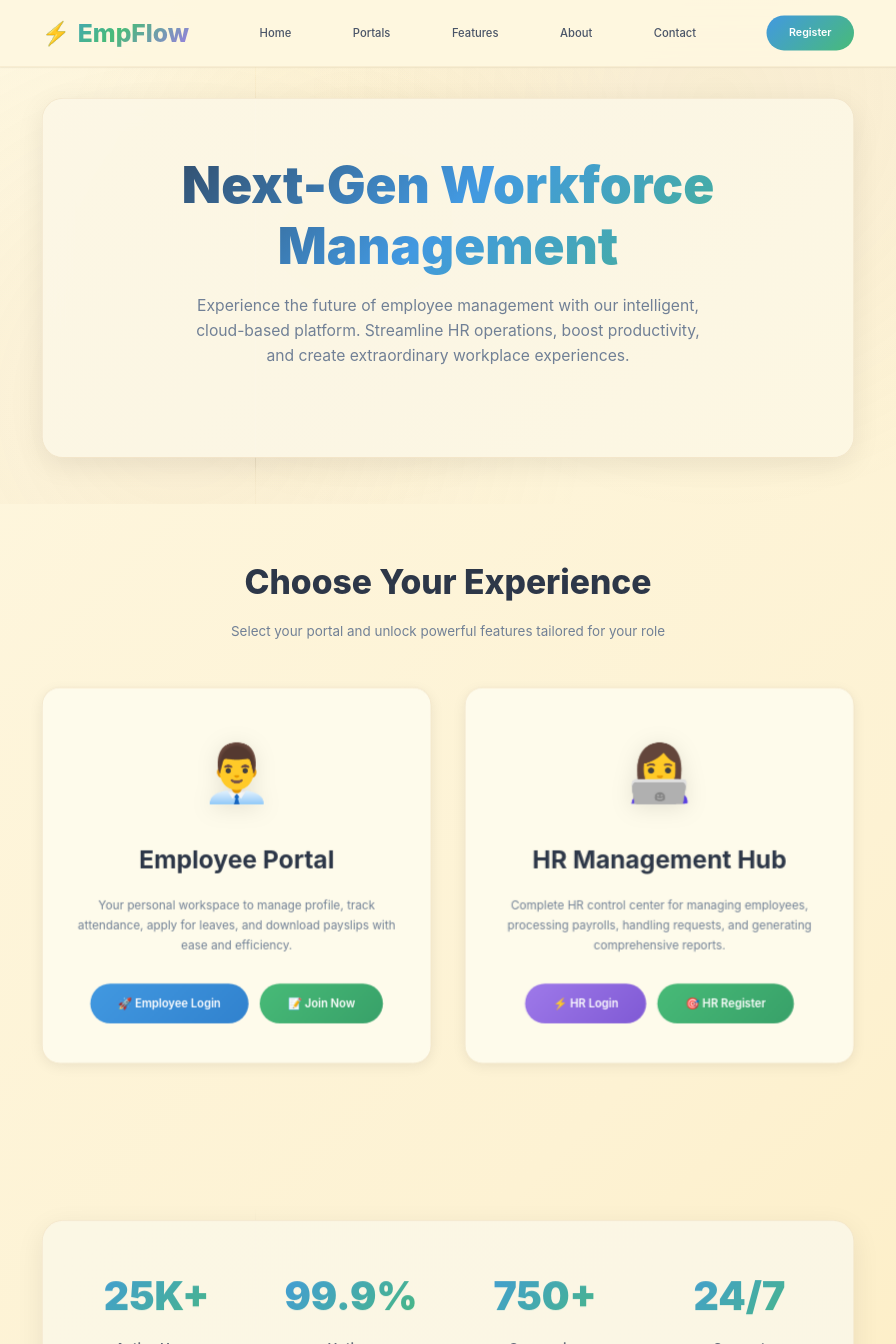
Repository: Shwetannarkhede/EmployeeHub
Page: EmployeeManagemntSystem/src/main/webapp/Home.html
These files come from the project's save history. The page is drawn as it stood at one moment and after the next save; the edit follows.
The browser window is 1280 px wide. The pictures show the part of the page from y = 0 to 1920 px (the page is 3602 px tall), at 70% of full size.

Above is the page before, as saved 2025-09-20 15:00:30.

### EmployeeManagemntSystem/src/main/webapp/Home.html
<!DOCTYPE html>
<html lang="en">
<head>
    <meta charset="UTF-8">
    <meta name="viewport" content="width=device-width, initial-scale=1.0">
    <title>EmpFlow - Modern Employee Management</title>
    <link rel="stylesheet" href="home.css">
</head>
<body>
    <header>
        <nav class="container">
            <a href="#" class="logo">EmpFlow</a>
            <ul class="nav-links">
                <li><a href="#home">Home</a></li>
                <li><a href="#portals">Portals</a></li>
                <li><a href="#features">Features</a></li>
                <li><a href="#about">About</a></li>
                <li><a href="#contact">Contact</a></li>
            </ul>
            <div class="auth-buttons">
                <!-- <a href="#login" class="btn-nav btn-login">Login</a>-->
                <a href="#register" class="btn-nav btn-register">Register</a>
            </div>
            <button class="mobile-menu">☰</button>
        </nav>
    </header>

    <main class="container">
        <section class="hero" id="home">
            <h1>Next-Gen Workforce Management</h1>
            <p class="hero-subtitle">Experience the future of employee management with our intelligent, cloud-based platform. Streamline HR operations, boost productivity, and create extraordinary workplace experiences.</p>
        </section>

        <section class="portal-section" id="portals">
            <h2>Choose Your Experience</h2>
            <p class="portal-subtitle">Select your portal and unlock powerful features tailored for your role</p>

            <div class="portal-grid">
                <div class="portal-card">
                    <span class="portal-icon">👨‍💼</span>
                    <h3>Employee Portal</h3>
                    <p>Your personal workspace to manage profile, track attendance, apply for leaves, and download payslips with ease and efficiency.</p>
                    <div class="card-buttons">
                        <a href="#employee-login" class="btn btn-primary">🚀 Employee Login</a>
                        <a href="#employee-register" class="btn btn-secondary">📝 Join Now</a>
                    </div>
                </div>

                <div class="portal-card">
                    <span class="portal-icon">👩‍💻</span>
                    <h3>HR Management Hub</h3>
                    <p>Complete HR control center for managing employees, processing payrolls, handling requests, and generating comprehensive reports.</p>
                    <div class="card-buttons">
                        <a href="#hr-login" class="btn btn-accent">⚡ HR Login</a>
                        <a href="#hr-register" class="btn btn-secondary">🎯 HR Register</a>
                    </div>
                </div>
            </div>
        </section>

        <section class="stats">
            <div class="stats-grid">
                <div class="stat-item">
                    <h3>25K+</h3>
                    <p>Active Users</p>
                </div>
                <div class="stat-item">
                    <h3>99.9%</h3>
                    <p>Uptime</p>
                </div>
                <div class="stat-item">
                    <h3>750+</h3>
                    <p>Companies</p>
                </div>
                <div class="stat-item">
                    <h3>24/7</h3>
                    <p>Support</p>
                </div>
            </div>
        </section>

        <section class="features" id="features">
            <h2>Powerful Features</h2>
            <p class="features-subtitle">Everything you need for modern workforce management</p>

            <div class="features-container">
                <div class="feature-section">
                    <div class="section-header">
                        <span class="section-icon">👤</span>
                        <h3 class="section-title">Employee Features</h3>
                    </div>
                    <ul class="feature-list">
                        <li>Personal Profile Management</li>
                        <li>Leave Application System</li>
                        <li>Attendance Tracking & Reports</li>
                        <li>Payslip Download Portal</li>
                        <li>Performance Dashboard</li>
                        <li>Document Management</li>
                    </ul>
                </div>

                <div class="feature-section">
                    <div class="section-header">
                        <span class="section-icon">⚙</span>
                        <h3 class="section-title">HR Management</h3>
                    </div>
                    <ul class="feature-list">
                        <li>Complete Employee Directory</li>
                        <li>Advanced Leave Management</li>
                        <li>Automated Payroll Processing</li>
                        <li>Comprehensive Attendance System</li>
                        <li>Performance Evaluation Tools</li>
                        <li>Recruitment & Onboarding</li>
                        <li>Analytics & Reporting Suite</li>
                        <li>Compliance Management</li>
                    </ul>
                </div>
            </div>
        </section>
    </main>

    <footer>
        <div class="container">
            <div class="footer-content">
                <div class="footer-section">
                    <h4>EmpFlow</h4>
                    <p>Revolutionizing workforce management with cutting-edge technology and intuitive design.</p>
                </div>
                <div class="footer-section">
                    <h4>Quick Links</h4>
                    <p><a href="#home">Home</a></p>
                    <p><a href="#portals">Portals</a></p>
                    <p><a href="#features">Features</a></p>
                    <p><a href="#contact">Contact</a></p>
                </div>
                <div class="footer-section">
                    <h4>Support</h4>
                    <p><a href="#">Help Center</a></p>
                    <p><a href="#">Documentation</a></p>
                    <p><a href="#">Live Chat</a></p>
                    <p><a href="#">Privacy Policy</a></p>
                </div>
                <div class="footer-section">
                    <h4>Connect</h4>
                    <p><a href="#">LinkedIn</a></p>
                    <p><a href="#">Twitter</a></p>
                    <p><a href="#">Facebook</a></p>
                    <p><a href="#">Instagram</a></p>
                </div>
            </div>
            <div class="footer-bottom">
                <p>&copy; 2024 EmpFlow. All rights reserved. | Empowering the future of work.</p>
            </div>
        </div>
    </footer>


</body>
</html>

### EmployeeManagemntSystem/src/main/webapp/home.css
* {
    margin: 0;
    padding: 0;
    box-sizing: border-box;
}

body {
    font-family: 'Inter', -apple-system, BlinkMacSystemFont, 'Segoe UI', sans-serif;
    line-height: 1.6;
    color: #2d3748;
    background: linear-gradient(135deg, #fef7e0 0%, #fdf2d3 50%, #fde8b3 100%);
    min-height: 100vh;
    position: relative;
    overflow-x: hidden;
}

body::before {
    content: '';
    position: fixed;
    top: 0;
    left: 0;
    width: 100%;
    height: 100%;
    background: radial-gradient(circle at 20% 80%, rgba(212, 180, 131, 0.1) 0%, transparent 50%),
                radial-gradient(circle at 80% 20%, rgba(196, 164, 132, 0.1) 0%, transparent 50%),
                radial-gradient(circle at 40% 40%, rgba(218, 165, 32, 0.08) 0%, transparent 50%);
    z-index: -1;
}

.container {
    max-width: 1200px;
    margin: 0 auto;
    padding: 0 20px;
}

/* Header */
header {
    background: rgba(254, 247, 224, 0.95);
    backdrop-filter: blur(20px);
    border-bottom: 1px solid rgba(212, 180, 131, 0.3);
    padding: 1.2rem 0;
    position: fixed;
    width: 100%;
    top: 0;
    z-index: 1000;
    transition: all 0.3s cubic-bezier(0.4, 0, 0.2, 1);
    box-shadow: 0 1px 3px rgba(0, 0, 0, 0.1);
}

nav {
    display: flex;
    justify-content: space-between;
    align-items: center;
}

.logo {
    font-size: 2.2rem;
    font-weight: 800;
    color: #2d3748;
    text-decoration: none;
    display: flex;
    align-items: center;
    gap: 0.7rem;
    background: linear-gradient(135deg, #4299e1, #48bb78, #9f7aea);
    -webkit-background-clip: text;
    -webkit-text-fill-color: transparent;
    background-clip: text;
}

.logo::before {
    content: "⚡";
    font-size: 2rem;
    -webkit-text-fill-color: #4299e1;
}

.nav-links {
    display: flex;
    list-style: none;
    gap: 2.5rem;
}

.nav-links a {
    color: #4a5568;
    text-decoration: none;
    transition: all 0.3s ease;
    padding: 0.7rem 1.5rem;
    border-radius: 50px;
    font-weight: 500;
    position: relative;
}

.nav-links a::before {
    content: '';
    position: absolute;
    top: 0;
    left: 0;
    width: 100%;
    height: 100%;
    background: linear-gradient(135deg, rgba(66, 153, 225, 0.1), rgba(72, 187, 120, 0.1));
    border-radius: 50px;
    opacity: 0;
    transition: opacity 0.3s ease;
}

.nav-links a:hover::before {
    opacity: 1;
}

.nav-links a:hover {
    color: #2d3748;
    transform: translateY(-2px);
}

.auth-buttons {
    display: flex;
    gap: 1rem;
}

.btn-nav {
    padding: 0.8rem 2rem;
    border-radius: 50px;
    text-decoration: none;
    font-weight: 600;
    transition: all 0.3s cubic-bezier(0.4, 0, 0.2, 1);
    border: none;
    cursor: pointer;
    font-size: 0.95rem;
}

.btn-login {
    background: rgba(66, 153, 225, 0.1);
    color: #4299e1;
    border: 2px solid rgba(66, 153, 225, 0.3);
}

.btn-register {
    background: linear-gradient(135deg, #4299e1, #48bb78);
    color: #fff;
}

.btn-nav:hover {
    transform: translateY(-3px);
    box-shadow: 0 10px 25px rgba(0, 0, 0, 0.15);
}

.btn-login:hover {
    background: rgba(66, 153, 225, 0.2);
    border-color: rgba(66, 153, 225, 0.5);
}

/* Hero Section */
.hero {
    background: rgba(254, 251, 235, 0.9);
    backdrop-filter: blur(20px);
    margin: 140px auto 60px;
    border-radius: 30px;
    padding: 5rem 3rem;
    text-align: center;
    border: 1px solid rgba(212, 180, 131, 0.3);
    animation: fadeInUp 1.2s cubic-bezier(0.4, 0, 0.2, 1);
    position: relative;
    overflow: hidden;
    box-shadow: 0 10px 40px rgba(0, 0, 0, 0.08);
}

.hero::before {
    content: '';
    position: absolute;
    top: 0;
    left: 0;
    width: 100%;
    height: 100%;
    background: linear-gradient(135deg, rgba(212, 180, 131, 0.05), rgba(196, 164, 132, 0.05), rgba(218, 165, 32, 0.03));
    border-radius: 30px;
    z-index: -1;
}

.hero h1 {
    font-size: 4.5rem;
    font-weight: 900;
    margin-bottom: 1.5rem;
    background: linear-gradient(135deg, #2d3748, #4299e1, #48bb78);
    -webkit-background-clip: text;
    -webkit-text-fill-color: transparent;
    background-clip: text;
    line-height: 1.2;
    animation: pulse 3s ease-in-out infinite;
}

.hero-subtitle {
    font-size: 1.4rem;
    color: #718096;
    margin-bottom: 3rem;
    max-width: 750px;
    margin-left: auto;
    margin-right: auto;
    font-weight: 400;
    line-height: 1.6;
}

/* Portal Selection */
.portal-section {
    padding: 5rem 0;
}

.portal-section h2 {
    text-align: center;
    font-size: 3rem;
    font-weight: 800;
    margin-bottom: 1rem;
    color: #2d3748;
}

.portal-subtitle {
    text-align: center;
    color: #718096;
    font-size: 1.2rem;
    margin-bottom: 4rem;
}

.portal-grid {
    display: grid;
    grid-template-columns: repeat(auto-fit, minmax(400px, 1fr));
    gap: 3rem;
    margin-bottom: 5rem;
}

.portal-card {
    background: rgba(254, 251, 235, 0.95);
    backdrop-filter: blur(20px);
    border-radius: 25px;
    padding: 3.5rem 2.5rem;
    text-align: center;
    border: 1px solid rgba(212, 180, 131, 0.3);
    transition: all 0.4s cubic-bezier(0.4, 0, 0.2, 1);
    position: relative;
    overflow: hidden;
    box-shadow: 0 5px 20px rgba(0, 0, 0, 0.08);
}

.portal-card::before {
    content: '';
    position: absolute;
    top: -2px;
    left: -2px;
    right: -2px;
    bottom: -2px;
    background: linear-gradient(135deg, #4299e1, #48bb78, #9f7aea);
    border-radius: 25px;
    z-index: -2;
    opacity: 0;
    transition: opacity 0.4s ease;
}

.portal-card::after {
    content: '';
    position: absolute;
    top: 0;
    left: 0;
    right: 0;
    bottom: 0;
    background: rgba(254, 251, 235, 0.95);
    backdrop-filter: blur(20px);
    border-radius: 25px;
    z-index: -1;
}

.portal-card:hover {
    transform: translateY(-15px);
    box-shadow: 0 20px 40px rgba(0, 0, 0, 0.15);
}

.portal-card:hover::before {
    opacity: 1;
}

.portal-icon {
    font-size: 5rem;
    margin-bottom: 2rem;
    display: block;
    filter: drop-shadow(0 5px 15px rgba(0, 0, 0, 0.1));
}

.portal-card h3 {
    font-size: 2.2rem;
    font-weight: 700;
    margin-bottom: 1.5rem;
    color: #2d3748;
}

.portal-card p {
    color: #718096;
    margin-bottom: 2.5rem;
    line-height: 1.7;
    font-size: 1.05rem;
}

.card-buttons {
    display: flex;
    gap: 1rem;
    justify-content: center;
    flex-wrap: wrap;
}

.btn {
    padding: 1rem 2.5rem;
    border-radius: 50px;
    text-decoration: none;
    font-weight: 600;
    transition: all 0.3s cubic-bezier(0.4, 0, 0.2, 1);
    border: none;
    cursor: pointer;
    font-size: 1rem;
    position: relative;
    overflow: hidden;
}

.btn::before {
    content: '';
    position: absolute;
    top: 0;
    left: -100%;
    width: 100%;
    height: 100%;
    background: linear-gradient(90deg, transparent, rgba(255, 255, 255, 0.3), transparent);
    transition: left 0.5s ease;
}

.btn:hover::before {
    left: 100%;
}

.btn-primary {
    background: linear-gradient(135deg, #4299e1, #3182ce);
    color: #fff;
}

.btn-secondary {
    background: linear-gradient(135deg, #48bb78, #38a169);
    color: #fff;
}

.btn-accent {
    background: linear-gradient(135deg, #9f7aea, #805ad5);
    color: #fff;
}

.btn:hover {
    transform: translateY(-3px);
    box-shadow: 0 10px 25px rgba(0, 0, 0, 0.15);
}

/* Features Section */
.features {
    padding: 5rem 0;
}

.features h2 {
    text-align: center;
    font-size: 3rem;
    font-weight: 800;
    margin-bottom: 1rem;
    color: #2d3748;
}

.features-subtitle {
    text-align: center;
    color: #718096;
    font-size: 1.2rem;
    margin-bottom: 4rem;
}

.features-container {
    display: grid;
    grid-template-columns: repeat(auto-fit, minmax(350px, 1fr));
    gap: 2.5rem;
}

.feature-section {
    background: rgba(254, 251, 235, 0.95);
    backdrop-filter: blur(20px);
    border-radius: 25px;
    padding: 3rem 2.5rem;
    border: 1px solid rgba(212, 180, 131, 0.3);
    transition: all 0.4s ease;
    box-shadow: 0 5px 20px rgba(0, 0, 0, 0.08);
}

.feature-section:hover {
    transform: translateY(-8px);
    background: rgba(254, 249, 230, 0.98);
    box-shadow: 0 15px 35px rgba(0, 0, 0, 0.12);
}

.section-header {
    display: flex;
    align-items: center;
    gap: 1.5rem;
    margin-bottom: 2rem;
}

.section-icon {
    font-size: 3rem;
    filter: drop-shadow(0 3px 10px rgba(0, 0, 0, 0.1));
}

.section-title {
    font-size: 1.8rem;
    font-weight: 700;
    color: #2d3748;
}

.feature-list {
    list-style: none;
}

.feature-list li {
    color: #4a5568;
    padding: 1rem 0;
    border-bottom: 1px solid rgba(226, 232, 240, 0.5);
    transition: all 0.3s ease;
    display: flex;
    align-items: center;
    gap: 1rem;
    font-size: 1.05rem;
}

.feature-list li:last-child {
    border-bottom: none;
}

.feature-list li:hover {
    color: #2d3748;
    padding-left: 1.5rem;
    background: rgba(212, 180, 131, 0.1);
    border-radius: 10px;
}

.feature-list li::before {
    content: "✨";
    font-size: 1.2rem;
    min-width: 1.5rem;
}

/* Stats Section */
.stats {
    background: rgba(254, 251, 235, 0.95);
    backdrop-filter: blur(20px);
    border-radius: 30px;
    padding: 4rem 3rem;
    margin: 4rem auto;
    border: 1px solid rgba(212, 180, 131, 0.3);
    position: relative;
    overflow: hidden;
    box-shadow: 0 10px 40px rgba(0, 0, 0, 0.08);
}

.stats::before {
    content: '';
    position: absolute;
    top: 0;
    left: 0;
    width: 100%;
    height: 100%;
    background: linear-gradient(135deg, rgba(212, 180, 131, 0.05), rgba(196, 164, 132, 0.05));
    z-index: -1;
}

.stats-grid {
    display: grid;
    grid-template-columns: repeat(auto-fit, minmax(200px, 1fr));
    gap: 3rem;
    text-align: center;
}

.stat-item {
    transition: all 0.3s ease;
}

.stat-item:hover {
    transform: scale(1.08);
}

.stat-item h3 {
    font-size: 3.5rem;
    font-weight: 900;
    margin-bottom: 0.8rem;
    background: linear-gradient(135deg, #4299e1, #48bb78);
    -webkit-background-clip: text;
    -webkit-text-fill-color: transparent;
    background-clip: text;
}

.stat-item p {
    color: #4a5568;
    font-size: 1.2rem;
    font-weight: 600;
}

/* Footer */
footer {
    background: rgba(45, 55, 72, 0.95);
    backdrop-filter: blur(20px);
    color: #fff;
    padding: 4rem 0 2rem;
    border-top: 1px solid rgba(226, 232, 240, 0.2);
    margin-top: 5rem;
}

.footer-content {
    display: grid;
    grid-template-columns: repeat(auto-fit, minmax(250px, 1fr));
    gap: 3rem;
    margin-bottom: 3rem;
}

.footer-section h4 {
    color: #4299e1;
    margin-bottom: 1.5rem;
    font-size: 1.3rem;
    font-weight: 700;
}

.footer-section p, .footer-section a {
    color: rgba(255, 255, 255, 0.8);
    text-decoration: none;
    line-height: 2;
    transition: color 0.3s ease;
}

.footer-section a:hover {
    color: #48bb78;
}

.footer-bottom {
    text-align: center;
    padding-top: 2rem;
    border-top: 1px solid rgba(255, 255, 255, 0.1);
    color: rgba(255, 255, 255, 0.6);
}

/* Modal Styles */
.modal {
    display: none;
    position: fixed;
    z-index: 2000;
    left: 0;
    top: 0;
    width: 100%;
    height: 100%;
    background: rgba(45, 55, 72, 0.8);
    backdrop-filter: blur(10px);
}

.modal-content {
    background: rgba(254, 251, 235, 0.98);
    backdrop-filter: blur(20px);
    margin: 5% auto;
    padding: 3rem;
    border-radius: 25px;
    width: 90%;
    max-width: 450px;
    position: relative;
    animation: slideIn 0.4s cubic-bezier(0.4, 0, 0.2, 1);
    border: 1px solid rgba(212, 180, 131, 0.3);
    box-shadow: 0 20px 60px rgba(0, 0, 0, 0.2);
}

.close {
    position: absolute;
    right: 1.5rem;
    top: 1.5rem;
    font-size: 2rem;
    cursor: pointer;
    color: #718096;
    transition: color 0.3s ease;
}

.close:hover {
    color: #4299e1;
}

.modal h2 {
    color: #2d3748;
    margin-bottom: 2rem;
    font-size: 1.8rem;
    font-weight: 700;
}

.form-group {
    margin-bottom: 1.5rem;
}

.form-group label {
    display: block;
    margin-bottom: 0.8rem;
    color: #2d3748;
    font-weight: 600;
}

.form-group input, .form-group select {
    width: 100%;
    padding: 1rem;
    border: 2px solid #e6d3a3;
    border-radius: 15px;
    font-size: 1rem;
    transition: border-color 0.3s ease;
    background: rgba(254, 253, 249, 0.9);
    color: #2d3748;
}

.form-group input:focus, .form-group select:focus {
    outline: none;
    border-color: #4299e1;
    box-shadow: 0 0 0 3px rgba(66, 153, 225, 0.1);
}

.form-submit {
    width: 100%;
    padding: 1.2rem;
    background: linear-gradient(135deg, #4299e1, #48bb78);
    color: white;
    border: none;
    border-radius: 15px;
    font-size: 1.1rem;
    font-weight: 600;
    cursor: pointer;
    transition: all 0.3s ease;
}

.form-submit:hover {
    transform: translateY(-2px);
    box-shadow: 0 10px 25px rgba(0, 0, 0, 0.15);
}

/* Animations */
@keyframes fadeInUp {
    from {
        opacity: 0;
        transform: translateY(40px);
    }
    to {
        opacity: 1;
        transform: translateY(0);
    }
}

@keyframes pulse {
    0%, 100% { transform: scale(1); }
    50% { transform: scale(1.02); }
}

@keyframes slideIn {
    from {
        opacity: 0;
        transform: translateY(-50px) scale(0.9);
    }
    to {
        opacity: 1;
        transform: translateY(0) scale(1);
    }
}

/* Responsive Design */
@media (max-width: 768px) {
    .nav-links {
        display: none;
    }

    .hero {
        padding: 3rem 2rem;
        margin: 120px auto 40px;
    }

    .hero h1 {
        font-size: 3rem;
    }

    .portal-grid {
        grid-template-columns: 1fr;
        gap: 2rem;
    }

    .portal-card {
        padding: 2.5rem 2rem;
    }

    .card-buttons {
        flex-direction: column;
    }

    .features-container {
        grid-template-columns: 1fr;
    }

    .stats-grid {
        grid-template-columns: repeat(2, 1fr);
        gap: 2rem;
    }

    .auth-buttons {
        flex-direction: column;
        gap: 0.5rem;
    }

    .btn-nav {
        padding: 0.7rem 1.5rem;
        font-size: 0.9rem;
    }
}

@media (max-width: 480px) {
    .hero h1 {
        font-size: 2.5rem;
    }

    .stats-grid {
        grid-template-columns: 1fr;
    }

    .portal-card {
        padding: 2rem 1.5rem;
    }

    .feature-section {
        padding: 2rem 1.5rem;
    }
}

.mobile-menu {
    display: none;
    background: none;
    border: none;
    color: #4a5568;
    font-size: 1.8rem;
    cursor: pointer;
}

@media (max-width: 768px) {
    .mobile-menu {
        display: block;
    }
}

After the next save:
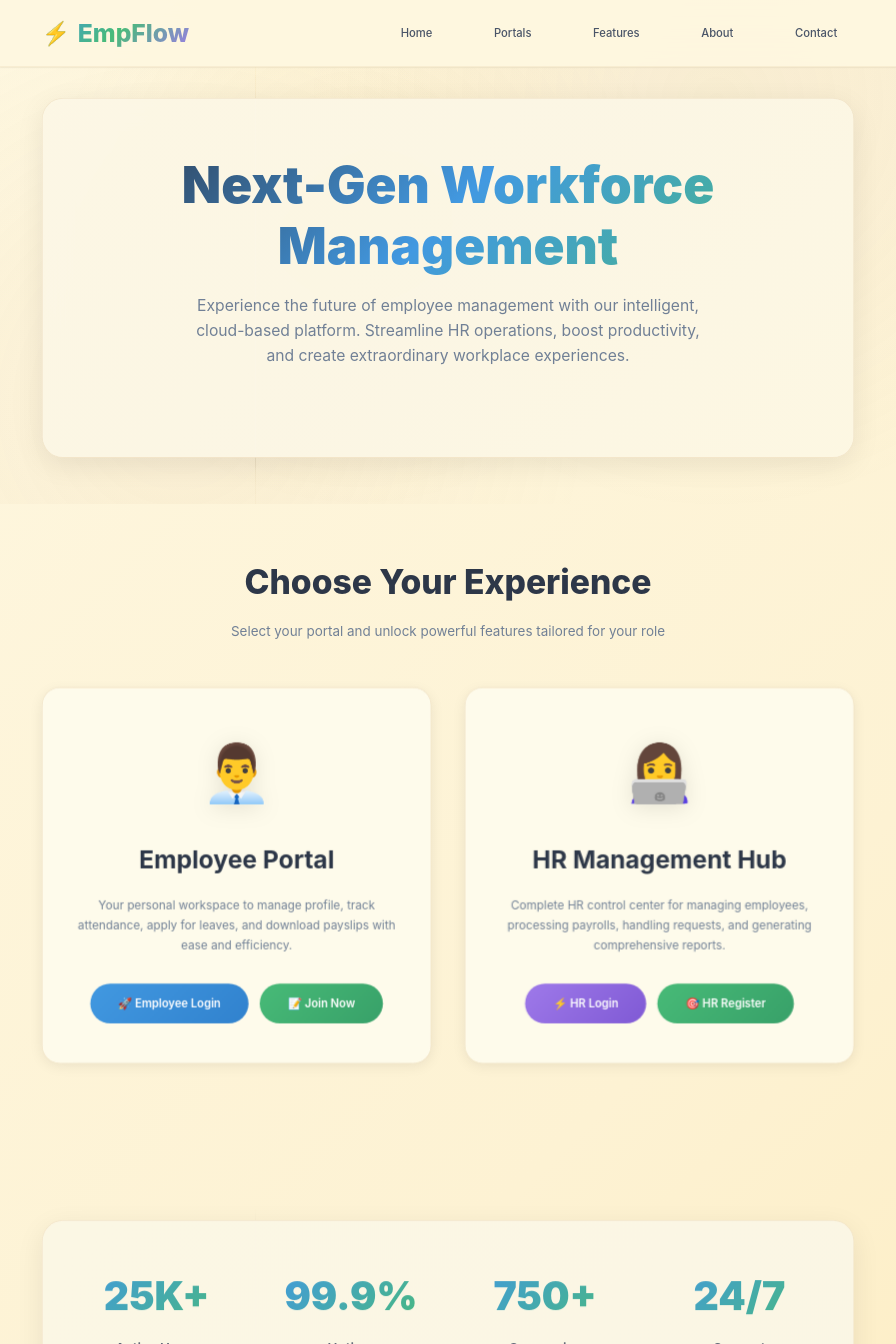
Saved 49 s later.
--- a/EmployeeManagemntSystem/src/main/webapp/Home.html
+++ b/EmployeeManagemntSystem/src/main/webapp/Home.html
@@ -17,10 +17,10 @@
                 <li><a href="#about">About</a></li>
                 <li><a href="#contact">Contact</a></li>
             </ul>
-            <div class="auth-buttons">
-                <!-- <a href="#login" class="btn-nav btn-login">Login</a>-->
+            <!-- <div class="auth-buttons">
+                <a href="#login" class="btn-nav btn-login">Login</a>
                 <a href="#register" class="btn-nav btn-register">Register</a>
-            </div>
+            </div>-->
             <button class="mobile-menu">☰</button>
         </nav>
     </header>
